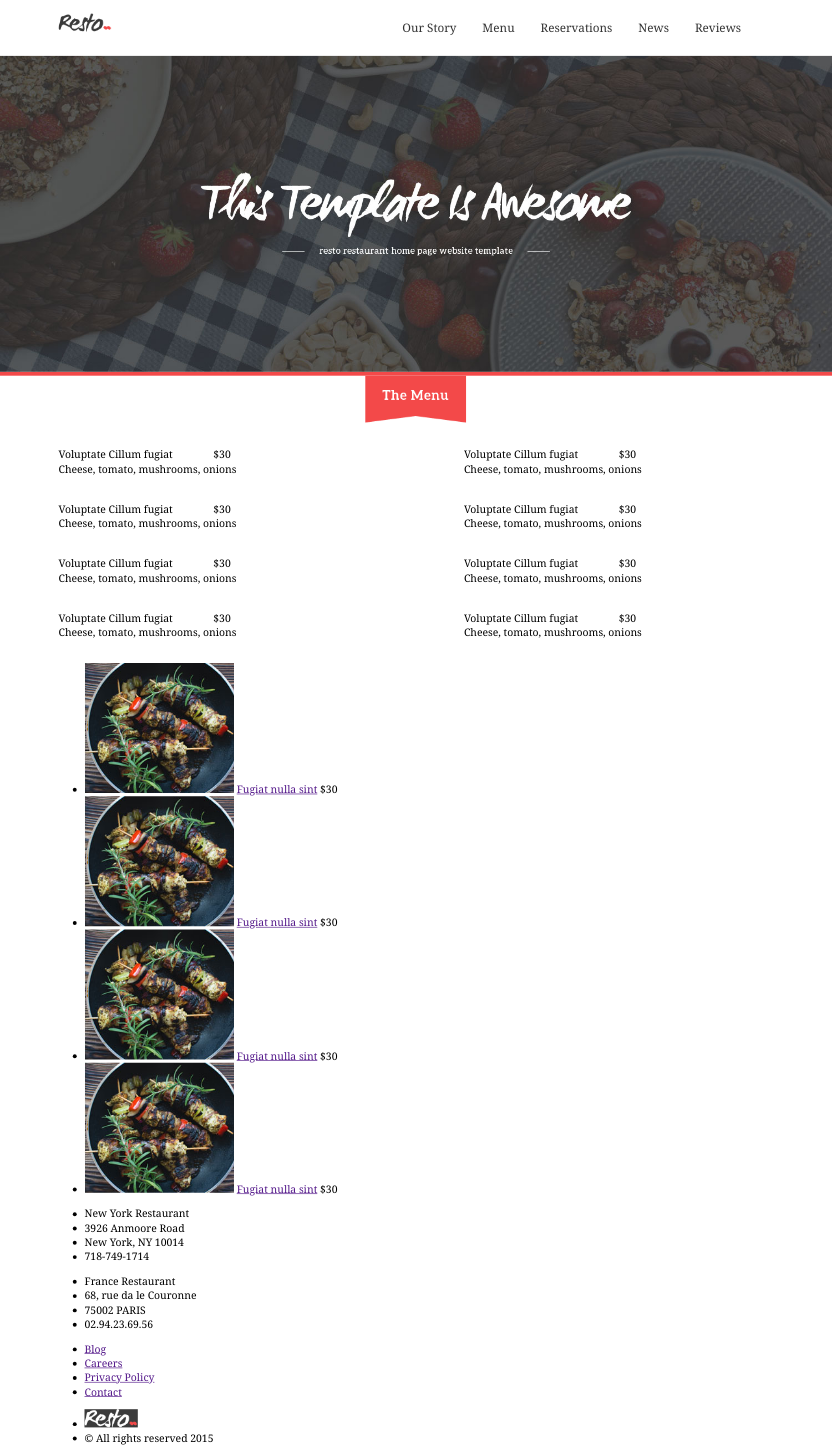
Repository: Piterwk1/psd-to-wordpress
Page: index.html
An editor plug-in stored every save of this project. The page is shown before and after the next save, followed by the edit.
The browser window is 1280 px wide. The pictures show the whole page, at 65% of full size.

Above is the page before, as saved 2021-09-23 02:51:54.

### index.html
<html lang="en">

<head>
    <meta charset="UTF-8">
    <meta http-equiv="X-UA-Compatible" content="IE=edge">
    <meta name="viewport" content="width=device-width, initial-scale=1.0">
    <title>Resto</title>
    <link rel="stylesheet" href="style.css">
</head>

<body>

    <header>
        <div class="wrapper" id="headerWrapper">
            <h1 class="logo">Rest</h1>
            <nav>
                <h2>Main Navigation</h2>
                <ul>
                    <li><a href="">Our Story</a></li>
                    <li><a href="">Menu</a></li>
                    <li><a href="">Reservations</a></li>
                    <li><a href="">News</a></li>
                    <li><a href="">Reviews</a></li>
                </ul>
            </nav>
        </div>
    </header>

    <!-- start homepage content -->

    <div id="main-banner">
        <img src="images/banner.jpg" alt="Welcome to Resto">
    </div>

    <div class="wrapper">
        <section id="home-menu">
            <h2>Menu</h2>
            <ul>
                <li>
                    <span class="dish">Voluptate Cillum fugiat</span>
                    <span class="price">$30</span>
                    <span class="description">Cheese, tomato, mushrooms, onions</span>
                </li>
                <li>
                    <span class="dish">Voluptate Cillum fugiat</span>
                    <span class="price">$30</span>
                    <span class="description">Cheese, tomato, mushrooms, onions</span>
                </li>
                <li>
                    <span class="dish">Voluptate Cillum fugiat</span>
                    <span class="price">$30</span>
                    <span class="description">Cheese, tomato, mushrooms, onions</span>
                </li>
                <li>
                    <span class="dish">Voluptate Cillum fugiat</span>
                    <span class="price">$30</span>
                    <span class="description">Cheese, tomato, mushrooms, onions</span>
                </li>
                <li>
                    <span class="dish">Voluptate Cillum fugiat</span>
                    <span class="price">$30</span>
                    <span class="description">Cheese, tomato, mushrooms, onions</span>
                </li>
                <li>
                    <span class="dish">Voluptate Cillum fugiat</span>
                    <span class="price">$30</span>
                    <span class="description">Cheese, tomato, mushrooms, onions</span>
                </li>
                <li>
                    <span class="dish">Voluptate Cillum fugiat</span>
                    <span class="price">$30</span>
                    <span class="description">Cheese, tomato, mushrooms, onions</span>
                </li>
                <li>
                    <span class="dish">Voluptate Cillum fugiat</span>
                    <span class="price">$30</span>
                    <span class="description">Cheese, tomato, mushrooms, onions</span>
                </li>
            </ul>
        </section>

        <section id="featured">
            <ul>
                <li>
                    <img src="images/thumb-1.jpg">
                    <a href="">Fugiat nulla sint</a>
                    <span>$30</span>
                    <span class="rating"></span>
                </li>
                <li>
                    <img src="images/thumb-1.jpg">
                    <a href="">Fugiat nulla sint</a>
                    <span>$30</span>
                    <span class="rating"></span>
                </li>
                <li>
                    <img src="images/thumb-1.jpg">
                    <a href="">Fugiat nulla sint</a>
                    <span>$30</span>
                    <span class="rating"></span>
                </li>
                <li>
                    <img src="images/thumb-1.jpg">
                    <a href="">Fugiat nulla sint</a>
                    <span>$30</span>
                    <span class="rating"></span>
                </li>
            </ul>
        </section>
    </div>

    <!-- end homepage content -->

    <footer>
        <div class="wrapper">
            <ul>
                <li>New York Restaurant</li>
                <li>3926 Anmoore Road</li>
                <li>New York, NY 10014</li>
                <li>718-749-1714</li>
            </ul>
            <ul>
                <li>France Restaurant</li>
                <li>68, rue da le Couronne</li>
                <li>75002 PARIS</li>
                <li>02.94.23.69.56</li>
            </ul>
            <ul>
                <li><a href="">Blog</a></li>
                <li><a href="">Careers</a></li>
                <li><a href="">Privacy Policy</a></li>
                <li><a href="">Contact</a></li>
            </ul>
            <ul>
                <li><img src="images/white-logo.png" alt="logo"></li>
                <li>&copy; All rights reserved 2015</li>

            </ul>
        </div>
    </footer>
</body>

</html>

### style.css
body {
    font-family: Georgia, 'Times New Roman', Times, serif;
    margin: 0;
}

.wrapper {
    width: 100%;
    /* max-width: 960px; */
    max-width: 1100px;
    padding: 0 10px;
    margin:  0 auto;
}

h1.logo {
    background-image: url(images/logo.png);
    background-repeat: no-repeat;
    width: 100px;
    text-indent: -10000px;
}

#headerWrapper {
    display: flex;
    justify-content: space-between;
    width: 100%;
}

nav {

  margin-right: 10px;

}

#headerWrapper nav h2 {
    text-indent: -100000px;
    height: 0;
    margin: 0;
}

#headerWrapper nav ul {
   display: flex;
   justify-content: space-evenly;
   list-style-type:  none;
   margin: 10px 20px;
}
#headerWrapper nav li {

   margin: 20px 20px;
}
#headerWrapper nav li a{
   text-decoration: none;
   color: #333;
   font-size: 18px;
}
#headerWrapper nav li a:hover{
   color: blue;
}

#main-banner, #main-banner img{
    width: 100%;
}

#main-banner img {
    border-bottom: 6px solid #f34949;
}

#home-menu h2 {
    background-image: url(images/menu-head.png);
    background-repeat: no-repeat;
    width: 156px;
    height: 74px;
    text-indent: -10000px;
    margin: 0 auto;
}

#home-menu ul {
    display: flex;
    flex-wrap: wrap;
    justify-content: space-between;
   padding: 0;
   list-style: none;
}
#home-menu li {
    display: flex;
    flex-wrap: wrap;
   margin: 20px 0 20px 0;
}

.dish{
    width: 50%;
}

.price {
    /* width: 50%; */

    align-self: flex-end;
}

After the next save:
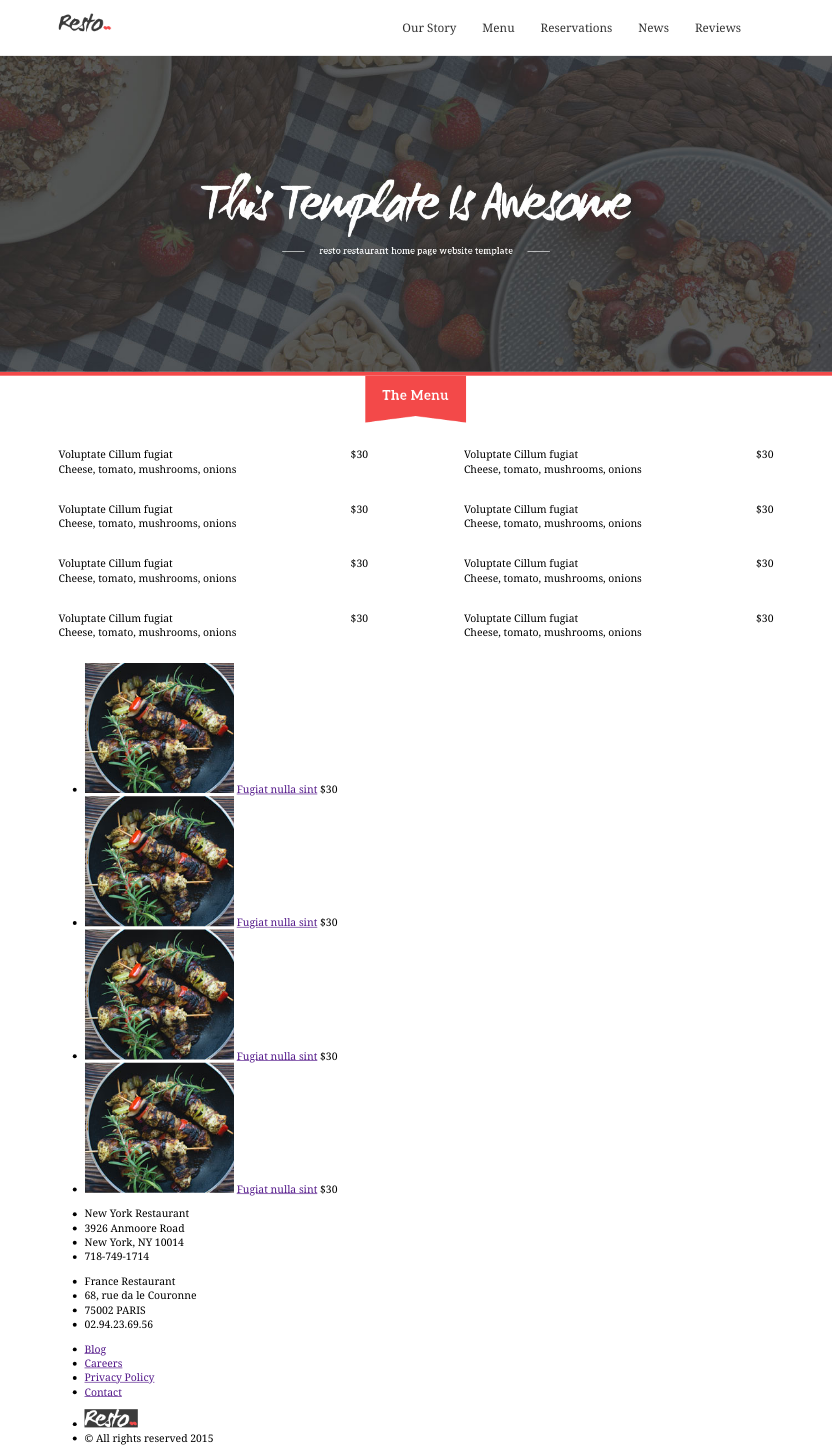
Saved 28 s later.
--- a/style.css
+++ b/style.css
@@ -83,14 +83,15 @@ nav {
     display: flex;
     flex-wrap: wrap;
    margin: 20px 0 20px 0;
+   justify-content: space-between;
 }
 
 .dish{
     width: 50%;
 }
 
-.price {
+/* .price {
     /* width: 50%; */
 
     align-self: flex-end;
-}
+} */
